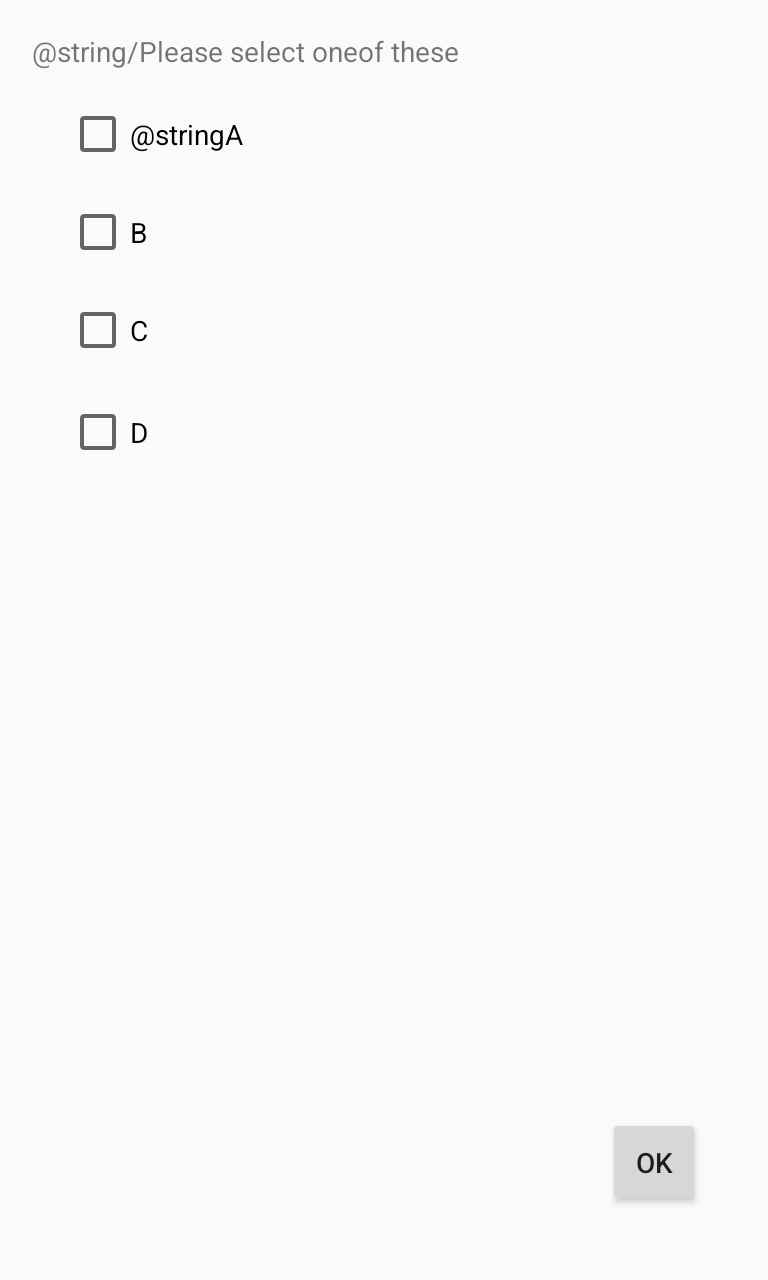
Repository: abhinav-kr/CognitiveAssistanceOnGoogleGlass
Layout: gabriel-android-glass/first-project/res/layout/activity_main.xml
An editor plug-in stored every save of this project. The layout is shown before and after the next save, followed by the edit.
It is drawn on a 768 x 1280 px phone screen (xhdpi) without system bars, with theme AppTheme; the app's code is not run.

Above is the layout before, as saved 2014-09-12 18:01:40.

### gabriel-android-glass/first-project/res/layout/activity_main.xml
<RelativeLayout xmlns:android="http://schemas.android.com/apk/res/android"
    xmlns:tools="http://schemas.android.com/tools"
    android:layout_width="match_parent"
    android:layout_height="match_parent"
    android:paddingBottom="@dimen/activity_vertical_margin"
    android:paddingLeft="@dimen/activity_horizontal_margin"
    android:paddingRight="@dimen/activity_horizontal_margin"
    android:paddingTop="@dimen/activity_vertical_margin"
    tools:context="com.example.first_project.MainActivity" >

    <TextView
        android:id="@+id/textView1"
        android:layout_width="wrap_content"
        android:layout_height="wrap_content"
        android:text="@string/Please select oneof these" />

    <Button
        android:id="@+id/button1"
        style="?android:attr/buttonStyleSmall"
        android:layout_width="wrap_content"
        android:layout_height="wrap_content"
        android:layout_alignParentBottom="true"
        android:layout_alignParentRight="true"
        android:layout_marginBottom="19dp"
        android:layout_marginRight="17dp"
        android:text="OK" />

    <CheckBox
        android:id="@+id/checkBox1"
        android:layout_width="wrap_content"
        android:layout_height="wrap_content"
        android:layout_alignLeft="@+id/textView1"
        android:layout_below="@+id/textView1"
        android:layout_marginLeft="17dp"
        android:layout_marginTop="16dp"
        android:text="@stringA" />

    <CheckBox
        android:id="@+id/checkBox2"
        android:layout_width="wrap_content"
        android:layout_height="wrap_content"
        android:layout_alignLeft="@+id/checkBox1"
        android:layout_below="@+id/checkBox1"
        android:layout_marginTop="17dp"
        android:text="B" />

    <CheckBox
        android:id="@+id/checkBox3"
        android:layout_width="wrap_content"
        android:layout_height="wrap_content"
        android:layout_alignLeft="@+id/checkBox2"
        android:layout_below="@+id/checkBox2"
        android:layout_marginTop="17dp"
        android:text="C" />

    <CheckBox
        android:id="@+id/checkBox4"
        android:layout_width="wrap_content"
        android:layout_height="wrap_content"
        android:layout_alignLeft="@+id/checkBox3"
        android:layout_below="@+id/checkBox3"
        android:layout_marginTop="19dp"
        android:text="D" />

</RelativeLayout>

Loaded but not shown: gabriel-android-glass/first-project/res/values/styles.xml (common file); gabriel-android-glass/first-project/res/values-v11/styles.xml (common file); gabriel-android-glass/first-project/res/values-v14/styles.xml (common file); gabriel-android-glass/first-project/res/values/dimens.xml (common file); gabriel-android-glass/first-project/res/values-w820dp/dimens.xml (common file)

After the next save:
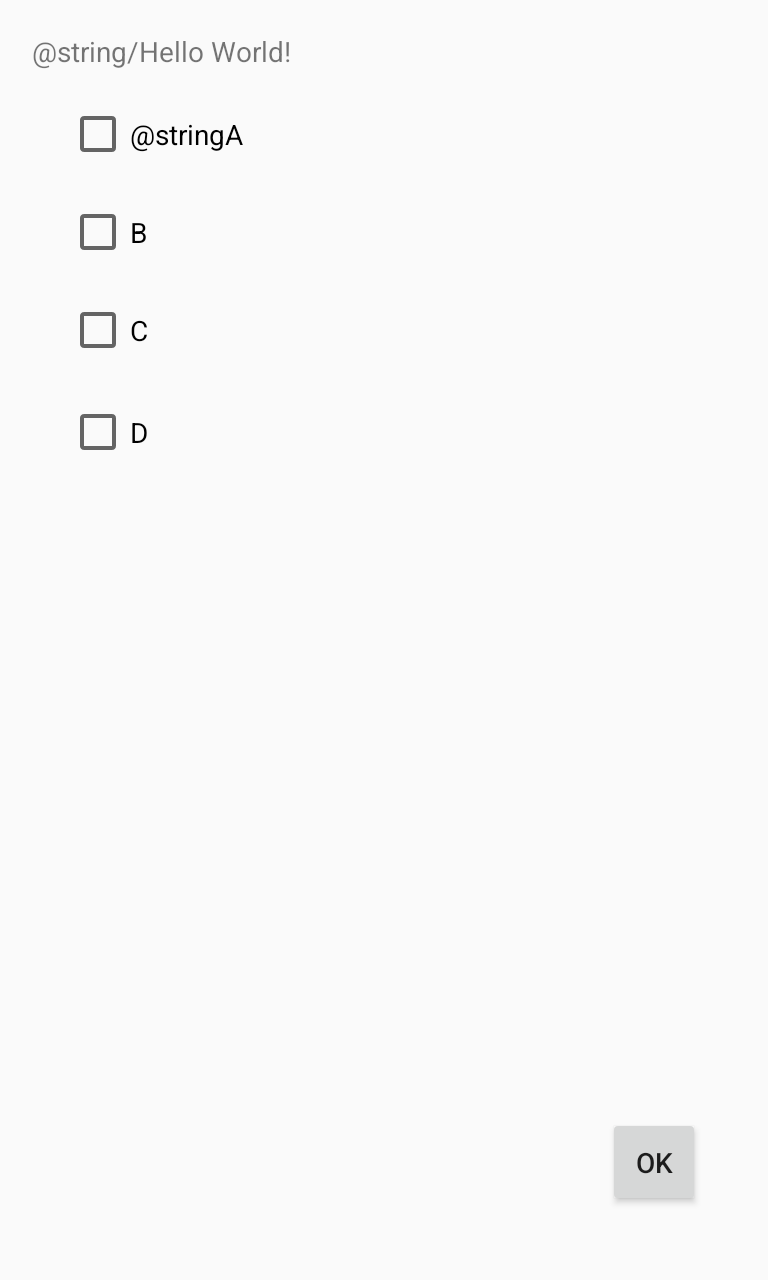
Saved 24 s later.
--- a/gabriel-android-glass/first-project/res/layout/activity_main.xml
+++ b/gabriel-android-glass/first-project/res/layout/activity_main.xml
@@ -12,7 +12,7 @@
         android:id="@+id/textView1"
         android:layout_width="wrap_content"
         android:layout_height="wrap_content"
-        android:text="@string/Please select oneof these" />
+        android:text="@string/Hello World!" />
 
     <Button
         android:id="@+id/button1"
